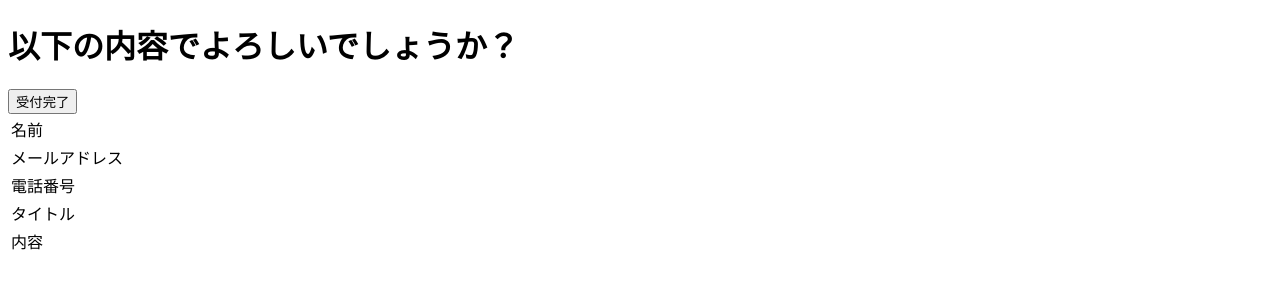
Repository: ryuhei0204/test
Page: http://localhost/Mytest/contactConfirm.jsp
The author's editor kept a copy of each file at every save. The page is drawn from the files as they stood at one save, then again after the next save.
The browser window is 1280 px wide. The pictures show the whole page.
The page is served by Tomcat 9. Other server files are loaded and not shown.

Above is the page before, as saved 2019-06-28 01:51:59.

### Mytest/WebContent/contactConfirm.jsp
<%@ page language="java" contentType="text/html; charset=UTF-8"
    pageEncoding="UTF-8"%>
    <%@ taglib prefix = "s" uri = "/struts-tags" %>
<!DOCTYPE html PUBLIC "-//W3C//DTD HTML 4.01 Transitional//EN" "http://www.w3.org/TR/html4/loose.dtd">
<html>
<head>
<meta http-equiv="Content-Type" content="text/html; charset=UTF-8">
<title>内容確認画面</title>
</head>
<body>
<script src = "./js/button.js"></script>
<h1>以下の内容でよろしいでしょうか？</h1>
<form>
<table>
	<tr>
		<td><label>名前</label></td>
		<td><s:property value = "contactname"/></td>
	</tr>

	<tr>
		<td><label>メールアドレス</label></td>
		<td><s:property value = "contactmail"/></td>
	</tr>

	<tr>
		<td><label>電話番号</label></td>
		<td><s:property value = "contacttel"/></td>
	</tr>

	<tr>
		<td><label>タイトル</label></td>
		<td><s:property value = "title"/></td>
	</tr>

	<tr>
		<td><label>内容</label></td>
		<td><s:property value = "contensts"/></td>
	</tr>

<div><input type = "button" onclick = "formSubmit(this,'ContactCompleteAction')" value = "受付完了"/></div>

</table>
</form>
</body>
</html>

### Mytest/WebContent/js/button.js
function formSubmit(element, url){

	element.form.setAttribute('action', url);
	element.form.submit();

}

After the next save:
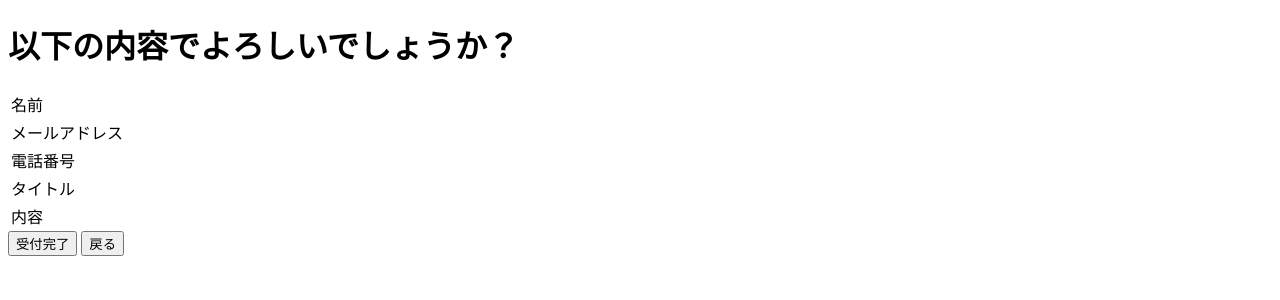
Saved 95 s later.
--- a/Mytest/WebContent/contactConfirm.jsp
+++ b/Mytest/WebContent/contactConfirm.jsp
@@ -36,10 +36,10 @@
 		<td><label>内容</label></td>
 		<td><s:property value = "contensts"/></td>
 	</tr>
+	</table>
+	<input type = "button" onclick = "formSubmit(this,'ContactCompleteAction')" value = "受付完了"/>
+	<input type = "button" onclick = "formSubmit(this,'ContactAction')" value = "戻る"/>
 
-<div><input type = "button" onclick = "formSubmit(this,'ContactCompleteAction')" value = "受付完了"/></div>
-
-</table>
 </form>
 </body>
 </html>
